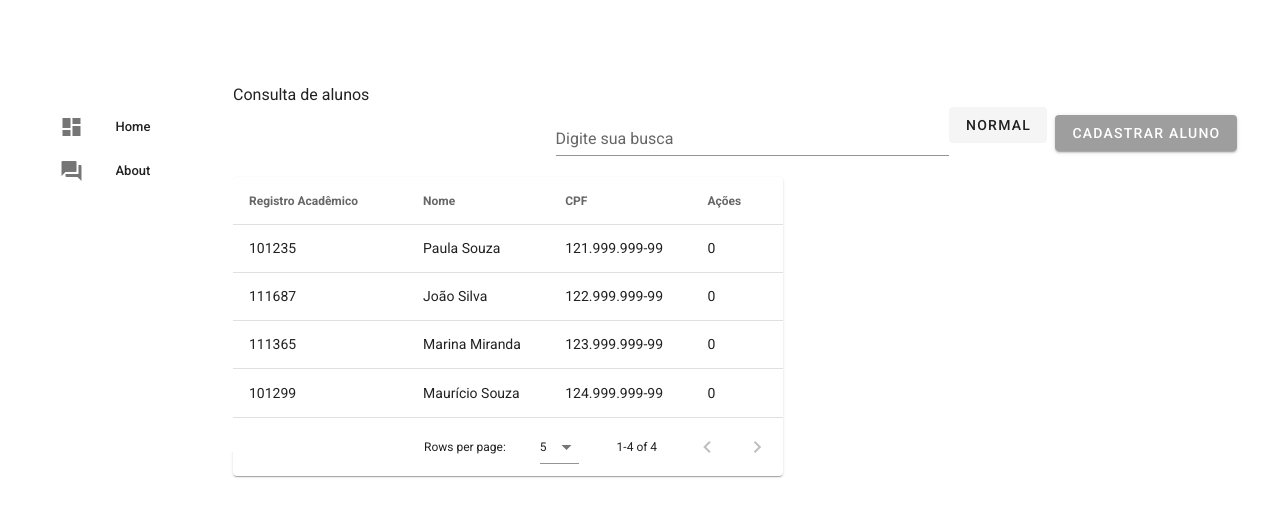
Repository: sergiohidekiono/vue-student
Page: /
An editor plug-in stored every save of this project. The page is shown before and after the next save, followed by the edit.
The browser window is 1280 px wide. The pictures show the whole page.
The project was rebuilt for these pictures with package versions that can differ from the ones it lists, and the page was loaded fresh each time. Also part of the build but not shown: vue.config.js.

Above is the page before, as saved 2024-08-07 10:24:30.

### src/App.vue
<template>
  <v-app>
    <v-main class="wrapper">
      <StudentList class="wrapper" />
    </v-main>
  </v-app>
</template>

<script>
import StudentList from './components/student-list';

export default {
  name: 'App',

  components: {
    StudentList,
  },

  data: () => ({
    //
  }),
};
</script>

<style>
.wrapper {
  width: 100vw;
  height: 100vh;
  margin: 0;
}
</style>

### src/components/student-list.vue
<template>
    <v-container>
        <v-row cols="12">
            <div class="d-flex align-start">
                <v-img :src="require('../assets/logo.png')" class="my-3" />
            </div>
        </v-row>
        <v-row cols="12">
            <v-col cols="2">
                <v-navigation-drawer floating permanent>
                    <v-list dense rounded>
                        <v-list-item v-for="item in items" :key="item.title" link>
                            <v-list-item-icon>
                                <v-icon>{{ item.icon }}</v-icon>
                            </v-list-item-icon>

                            <v-list-item-content>
                                <v-list-item-title>{{ item.title }}</v-list-item-title>
                            </v-list-item-content>
                        </v-list-item>
                    </v-list>
                </v-navigation-drawer>
                <!-- <v-navigation-drawer v-model="drawer" app clipped :permanent="false">
                    <v-list>
                        <v-list-item>
                            <v-list-item-content class="header-table" style="padding: 0 !important;">
                                <v-list-item-title style="padding: 0; margin: 0;">
                                    <h4 class="d-flex justify-center">Módulo Acadêmico</h4>
                                </v-list-item-title>
                            </v-list-item-content>
                        </v-list-item>
                        <v-list-item link>
                            <v-list-item-content style="padding: 0;">
                                <v-list-item-title class="ml-4">Alunos</v-list-item-title>
                            </v-list-item-content>
                        </v-list-item>
                    </v-list>
                </v-navigation-drawer> -->
            </v-col>
            <v-col cols="10">
                <v-row cols="12" justify="center">
                    <v-row>
                        <span>Consulta de alunos</span>
                    </v-row>
                    <v-row>
                        <v-text-field label="Digite sua busca"></v-text-field>
                        <v-btn depressed> Normal </v-btn>
                        <v-btn :loading="loading3" :disabled="loading3" color="grey" class="ma-2 white--text"
                            @click="loader = 'loading3'"> Cadastrar Aluno </v-btn>
                    </v-row>
                    <v-row>
                        <template>
                            <v-data-table :headers="headers" :items="desserts" :items-per-page="5"
                                class="elevation-1"></v-data-table>
                        </template>
                    </v-row>
                </v-row>
            </v-col>
        </v-row>
    </v-container>
</template>

<script>

export default {
    name: 'StudentList',
    data() {
        return {
            items: [
                { title: 'Home', icon: 'mdi-view-dashboard' },
                { title: 'About', icon: 'mdi-forum' },
            ],
            headers: [
                { text: 'Registro Acadêmico', value: 'register', },
                { text: 'Nome', value: 'name' },
                { text: 'CPF', value: 'document' },
                { text: 'Ações', value: 'action' }
            ],
            desserts: [
                {
                    register: 101235,
                    name: 'Paula Souza',
                    document: '121.999.999-99',
                    action: 0,
                },
                {
                    register: 111687,
                    name: 'João Silva',
                    document: '122.999.999-99',
                    action: 0,
                },
                {
                    register: 111365,
                    name: 'Marina Miranda',
                    document: '123.999.999-99',
                    action: 0,
                },
                {
                    register: 101299,
                    name: 'Maurício Souza',
                    document: '124.999.999-99',
                    action: 0,
                },

            ],
        }
    }
}

</script>

<style scoped>
.v-list-item.theme--light .header-table {
    color: white;
    padding: 0 !important;
}

.v-list-item.theme--light {
    padding: 0 !important;
    background: #999999;
}

.v-list.v-sheet.theme--light {
    padding: 0 !important;
}

.v-list-item.v-list-item--link.theme--light {
    background: white;
}
</style>

Loaded but not shown: public/index.html (common file); src/main.js (common file); src/plugins/vuetify.js (common file)

After the next save:
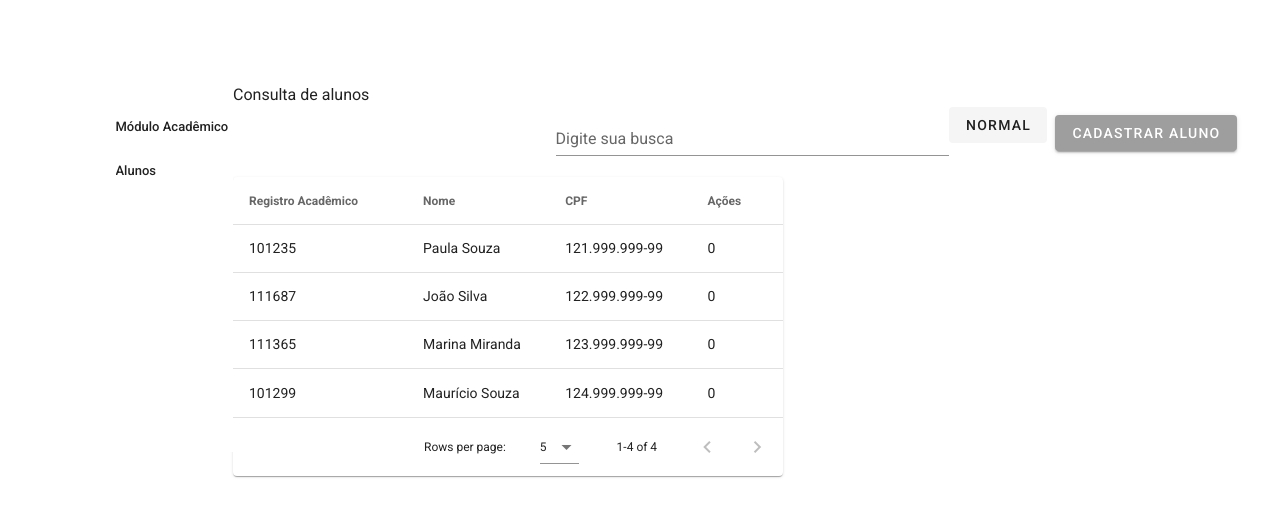
Saved 31 s later.
--- a/src/components/student-list.vue
+++ b/src/components/student-list.vue
@@ -67,8 +67,8 @@ export default {
     data() {
         return {
             items: [
-                { title: 'Home', icon: 'mdi-view-dashboard' },
-                { title: 'About', icon: 'mdi-forum' },
+                { title: 'Módulo Acadêmico', },
+                { title: 'Alunos', },
             ],
             headers: [
                 { text: 'Registro Acadêmico', value: 'register', },
